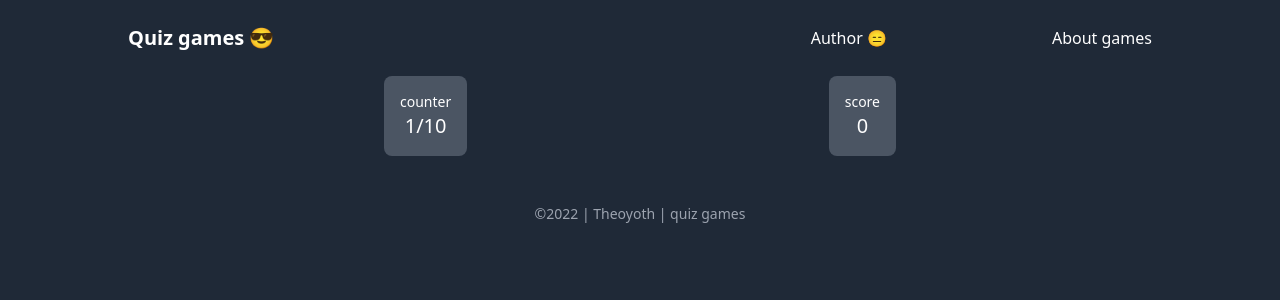
Repository: theoyoth/quiz-game
Page: /game
An editor plug-in stored every save of this project. The page is shown before and after the next save, followed by the edit.
The browser window is 1280 px wide. The pictures show the whole page.
The page's requests for data from a server got no answer. The project was rebuilt for these pictures with package versions that can differ from the ones it lists, and the page was loaded fresh each time. The framework's server and built-in components were replaced by stand-ins that run in the browser. No one was signed in, and anything a server would have sent is missing. Also part of the build but not shown: nuxt.config.js, components/EndPage.vue, layouts/404.vue, layouts/error.vue, layouts/errorLayout.vue.

Above is the page before, as saved 2022-06-16 19:54:38.

### assets/css/main.css
@tailwind base;
@tailwind components;
@tailwind utilities;


/* hide scrollbar */
/* ================================ */
* {
  /* for explorer, edge */
  -ms-overflow-style: none;
  /* for firefox */
  scrollbar-width: none;
}
::-webkit-scrollbar {
  /* for chrome, safari, and opera */
  display: none;
}
/* ================================ */

.correct {
  background-color: rgb(23, 87, 170);
}
.incorrect {
  background-color: rgb(204, 49, 41);
}

### components/Footer.vue
.<template>
  <div class="text-center mt-4">
    <p class="text-sm text-gray-400">&copy;2022 | Theoyoth | quiz games</p>
  </div>
</template>

<script>
export default {

}
</script>

### components/Header.vue
<template>
  <div class="flex justify-between items-center">
    <div>
      <h2 class="font-bold text-xl">
        <NuxtLink to="/">Quiz games 😎</NuxtLink>
      </h2>
    </div>
    <div class="lg:w-1/3 sm:w-1/2 md:w-1/3 xl:w-1/3 flex justify-between items-center">
      <NuxtLink to="/">Author 😑</NuxtLink>
      <NuxtLink to="/about">About games</NuxtLink>
    </div>
  </div>
</template>

<script>
export default {

}
</script>

### components/Loading.vue
<template>
  <div class="loading">
    <span></span>
  </div>
</template>

<script>
export default {

}
</script>

<style>
.loading {
  height: 100vh;
  width: 100%;
  display: flex;
  justify-content: center;
  align-items: center;
}
@keyframes circle-loading {
  to {
    transform: rotateZ(360deg);
  }
}
.loading span{
  display: block;
  width: 70px;
  height: 70px;
  border-radius: 50%;
  border: 2px solid transparent;
  border-top-color: #fff;
  animation: circle-loading 1200ms ease infinite;

}
</style>

### components/Main.vue
<template>
  <div>
    <div class="lg:px-10 md:px-8 sm:px-4 xl:px-32 py-6 min-h-screen bg-gray-800 text-white">
    <Header />
      <NuxtChild />
    <Footer />
    </div>
  </div>
</template>

<script>
export default {

}
</script>

### layouts/default.vue
<template>
  <Main>
      <Nuxt />
  </Main>
</template>

### pages/game.vue
<template>
  <div  class="mt-6">
    <Loading v-if="$fetchState.pending"/>
    <div v-else class="w-full grid grid-cols-1 place-items-center">
      <div class="xl:w-1/2 lg:w-3/4 sm:w-11/12 md:w-2/3">
        <div class="w-full flex justify-between mb-8">
          <div class="bg-gray-600 p-4 rounded-lg text-center">
            <p class="text-sm">counter</p>
            <h1 class="text-xl">{{questionCounterText}}</h1>
          </div>
          <div class="bg-gray-600 p-4 rounded-lg text-center">
            <p class="text-sm">score</p>
            <h1 class="text-xl">{{score}}</h1>
          </div>
        </div>
        <div v-for="(q,i) in questionNow" :key="i" class="mb-4">
          <div class="px-6 py-8 bg-gray-600 rounded-lg text-center">
            <h1 class="text-lg font-semibold">{{q.question}}</h1>
            <div class="mt-4 grid grid-cols-2 gap-4 justify-items-center">
              <div v-for="(an,i) in q.answer" :key="i" class="w-40 px-2 py-2 bg-green-600 rounded-lg cursor-pointer text-center hover:bg-green-500" @click="sendAnswer">
                {{an}}
              </div>
            </div>
          </div>
        </div>
      </div>
    </div>
    <div v-if="feedback">
        <EndPage :score="score"></EndPage>
    </div>
  </div>
</template>

<script>
import EndPage from '~/components/EndPage.vue'
export default {
    data() {
        return {
            dataQuestions: [],
            questions: [],
            answerQuestions: [],
            allQuestions: [],
            currentQuestion: "",
            questionNow: [],
            randomIdx: 0,
            questionIndex: 0,
            questionCounterText: "1/10",
            questionCounter: 0,
            maxQuestions: 3,
            score: 0,
            acceptingAnswer: false,
            feedback:false,
            correct: false,
            selectedAnswer: "",
        };
    },
    async fetch() {
        await this.getQuestions();
    },
    methods: {
        async getQuestions() {
            this.questionCounter = 0;
            const dataQ = await this.$axios.get("https://opentdb.com/api.php?amount=3&category=9&difficulty=easy&type=multiple");
            this.dataQuestions = dataQ.data.results;
            this.dataQuestions.map((data, i) => {
                this.answerQuestions.push(data.incorrect_answers);
                this.randomIdx = Math.floor(Math.random() * 3) + 1;
                this.answerQuestions[i].splice(this.randomIdx - 1, 0, data.correct_answer);
                this.allQuestions.push({ question: data.question, answer: this.answerQuestions[i], correctAnswer: data.correct_answer });
            });
            await this.getNewQuestion();
        },
        async getNewQuestion() {
            if (this.allQuestions.length === 0) {
                return this.feedback = true
            }
            this.questionCounter++;
            this.questionCounterText = `${this.questionCounter}/${this.maxQuestions}`;

            this.questionIndex = Math.floor(Math.random() * this.allQuestions.length);
            const currentQuestion = this.allQuestions[this.questionIndex];
            this.questionNow.push(currentQuestion);
            this.allQuestions.splice(this.questionIndex, 1);
            this.acceptingAnswer = true;
        },
        sendAnswer(e) {
            if (!this.acceptingAnswer)
                return;
            this.acceptingAnswer = false;
            const target = e.target;
            this.selectedAnswer = target.innerText;
            const answer = this.questionNow[0].correctAnswer;
            const classApply = this.selectedAnswer == answer ? "correct" : "incorrect";
            if (classApply === "correct") {
                this.score++;
            }
            else if (classApply === "incorrect") {
                this.score = this.score;
            }
            target.parentElement.classList.add(classApply);
            setTimeout(() => {
                target.parentElement.classList.remove(classApply);
                this.questionNow.splice(0, 1);
                this.getNewQuestion();
            }, 500);
        }
    },
    fetchDelay: 2000,
    components: { EndPage }
}
</script>

### tailwind.config.js
/** @type {import('tailwindcss').Config} */
module.exports = {
  content: [
    "./components/**/*.{js,vue,ts}",
    "./layouts/**/*.vue",
    "./pages/**/*.vue",
    "./plugins/**/*.{js,ts}",
    "./nuxt.config.{js,ts}",
  ],
  theme: {
    extend: {},
    screens: {
      sm: "410px",
      md: "640px",
      lg: "770px",
      xl: "1024px",
    },
  },
  plugins: [],
};

After the next save:
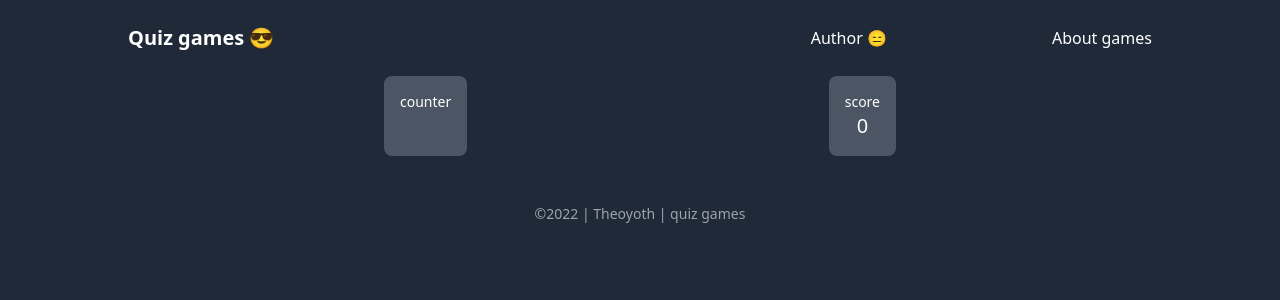
Saved 26 s later.
--- a/pages/game.vue
+++ b/pages/game.vue
@@ -44,7 +44,7 @@
             questionNow: [],
             randomIdx: 0,
             questionIndex: 0,
-            questionCounterText: "1/10",
+            questionCounterText: "",
             questionCounter: 0,
             maxQuestions: 3,
             score: 0,

After the save that followed:
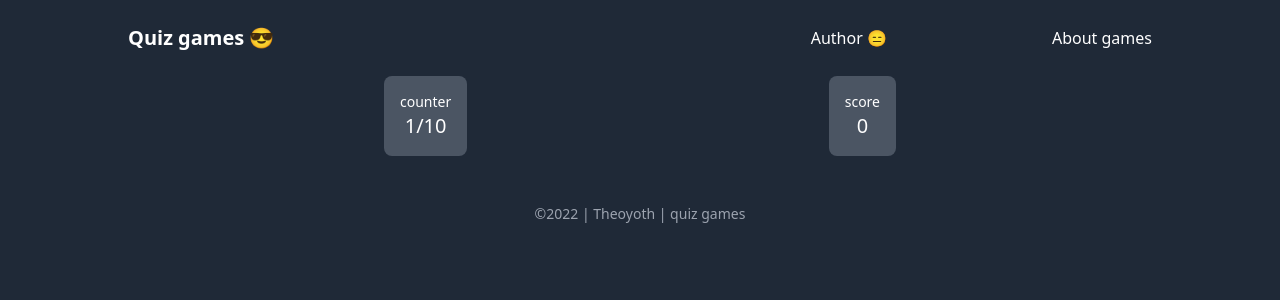
Saved 9 s later.
--- a/pages/game.vue
+++ b/pages/game.vue
@@ -44,7 +44,7 @@
             questionNow: [],
             randomIdx: 0,
             questionIndex: 0,
-            questionCounterText: "",
+            questionCounterText: "1/10",
             questionCounter: 0,
             maxQuestions: 3,
             score: 0,
